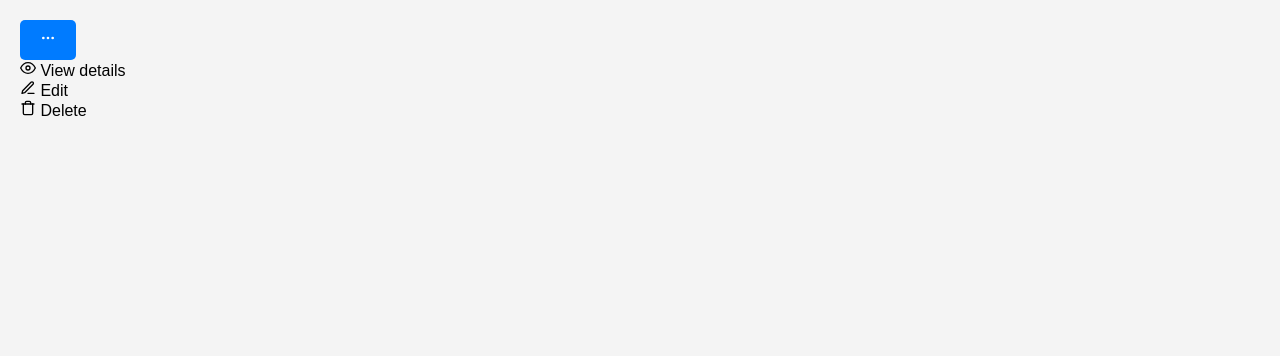
Repository: ye909/RAVPIP
Page: prueva.html
These files come from the project's save history. The page is drawn as it stood at one moment and after the next save; the edit follows.
The browser window is 1280 px wide. The pictures show the whole page.

Above is the page before, as saved 2025-04-02 12:55:38.

After the next save:
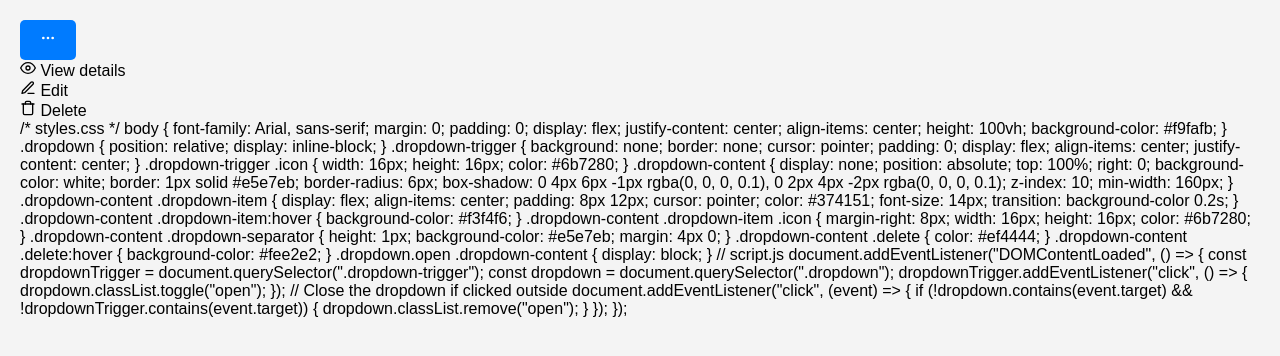
Not found: prueva.js
Saved 5 min 21 s later.
--- a/prueva.html
+++ b/prueva.html
@@ -41,6 +41,111 @@
     </div>
   </div>
 
-  <script src="script.js"></script>
+  <script src="prueva.js"></script>
 </body>
 </html>
+
+
+
+
+/* styles.css */
+body {
+  font-family: Arial, sans-serif;
+  margin: 0;
+  padding: 0;
+  display: flex;
+  justify-content: center;
+  align-items: center;
+  height: 100vh;
+  background-color: #f9fafb;
+}
+
+.dropdown {
+  position: relative;
+  display: inline-block;
+}
+
+.dropdown-trigger {
+  background: none;
+  border: none;
+  cursor: pointer;
+  padding: 0;
+  display: flex;
+  align-items: center;
+  justify-content: center;
+}
+
+.dropdown-trigger .icon {
+  width: 16px;
+  height: 16px;
+  color: #6b7280;
+}
+
+.dropdown-content {
+  display: none;
+  position: absolute;
+  top: 100%;
+  right: 0;
+  background-color: white;
+  border: 1px solid #e5e7eb;
+  border-radius: 6px;
+  box-shadow: 0 4px 6px -1px rgba(0, 0, 0, 0.1), 0 2px 4px -2px rgba(0, 0, 0, 0.1);
+  z-index: 10;
+  min-width: 160px;
+}
+
+.dropdown-content .dropdown-item {
+  display: flex;
+  align-items: center;
+  padding: 8px 12px;
+  cursor: pointer;
+  color: #374151;
+  font-size: 14px;
+  transition: background-color 0.2s;
+}
+
+.dropdown-content .dropdown-item:hover {
+  background-color: #f3f4f6;
+}
+
+.dropdown-content .dropdown-item .icon {
+  margin-right: 8px;
+  width: 16px;
+  height: 16px;
+  color: #6b7280;
+}
+
+.dropdown-content .dropdown-separator {
+  height: 1px;
+  background-color: #e5e7eb;
+  margin: 4px 0;
+}
+
+.dropdown-content .delete {
+  color: #ef4444;
+}
+
+.dropdown-content .delete:hover {
+  background-color: #fee2e2;
+}
+
+.dropdown.open .dropdown-content {
+  display: block;
+}
+
+// script.js
+document.addEventListener("DOMContentLoaded", () => {
+  const dropdownTrigger = document.querySelector(".dropdown-trigger");
+  const dropdown = document.querySelector(".dropdown");
+
+  dropdownTrigger.addEventListener("click", () => {
+    dropdown.classList.toggle("open");
+  });
+
+  // Close the dropdown if clicked outside
+  document.addEventListener("click", (event) => {
+    if (!dropdown.contains(event.target) && !dropdownTrigger.contains(event.target)) {
+      dropdown.classList.remove("open");
+    }
+  });
+});
